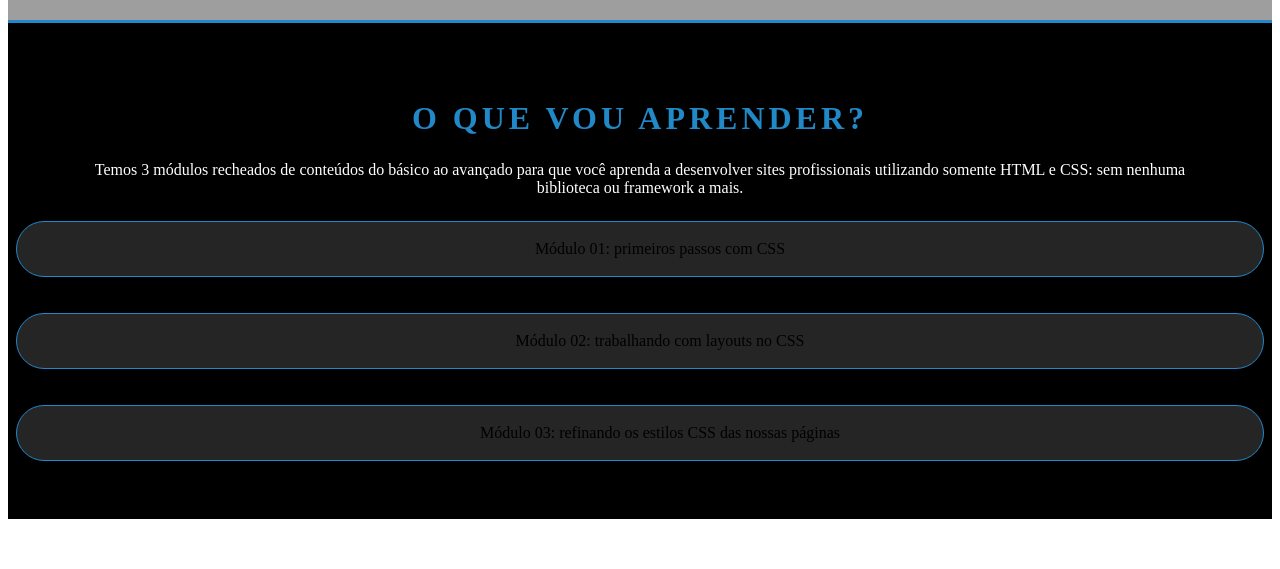
Repository: gustavotwist/trilha-css-desafio-01
Page: index.html
The author's editor kept a copy of each file at every save. The page is drawn from the files as they stood at one save, then again after the next save.
The browser window is 1280 px wide. The pictures show the part of the page from y = 569 to 1138 px (the page is 2958 px tall before and 2908 px after).
Pictures or frames that could not be fetched are drawn as grey boxes. A picture or video elsewhere on the page could not be fetched, so the positions and the page height are approximate.

Above is the page before, as saved 2024-07-16 18:58:38.

### index.html
<!DOCTYPE html>
<html lang="en">
<head>
  <meta charset="UTF-8">
  <meta http-equiv="X-UA-Compatible" content="IE=edge">
  <meta name="viewport" content="width=device-width, initial-scale=1.0">
  <title>Trilha de CSS - DIO</title>
  <link rel="stylesheet" href="global.css">
</head>
<body>
  <header class="banner">
    <div class="banner-content">
      <div class="logo">
        <img src="assets/images/logo.png" title="Logotipo Trilha de CSS DIO" alt="Logotipo Trilha de CSS DIO">
      </div>
      <h1>Trilha de CSS da DIO</h1>
      <p>A nova Trilha de CSS da DIO está disponível. Acesse já e aprenda do zero como desenvolver sites profissionais.</p>
      <button>Quero me inscrever</button>
    </div>
  </header>
  <main>
    <section id="course-content">
      <h2>O que vou aprender?</h2>
      <p>
        Temos 3 módulos recheados de conteúdos do básico ao avançado para que você aprenda a
        desenvolver sites profissionais utilizando somente HTML e CSS: sem nenhuma biblioteca ou framework a mais.
      </p>
      <div class="modules-list">
        <div class="module">
          <span>Módulo 01:</span> primeiros passos com CSS
        </div>
        <div class="module">
          <span>Módulo 02:</span> trabalhando com layouts no CSS
        </div>
        <div class="module">
          <span>Módulo 03:</span> refinando os estilos CSS das nossas páginas
        </div>
      </div>
    </section>
    <section id="transform-world">
      <p>TRANSFORME O MUNDO COM A GENTE</p>
    </section>
    <section id="professional-challenges">
      <h2>Evolua e encare novos desafios profissionais</h2>
      <img src="assets/images/professional-challenges.png" title="Homem lendo depoimentos em um tablet" alt="Homem lendo depoimentos em um tablet">
      <p>
        Junte-se ao nosso ecossistema e transforme o mundo com a gente! Todos os dias dezenas de empresas
        acessam a nossa plataforma em busca dos talentos mais criativos, dinâmicos e colaborativos,
        além do conhecimento técnico.
        A nossa missão é te preparar para que você conecte-se com as melhores oportunidades.
      </p>
    </section>
  </main>
  <footer>
    <img class="dio-logo" src="assets/images/dio-logo.png" title="Logotipo DIO com o texto make the change" alt="Logotipo DIO com o texto make the change">
    <p>Acesse <a href="https://dio.me">dio.me</a> e se cadastre agora</p>
  </footer>
</body>
</html>

### global.css
.banner {
    background:url('/assets/images/banner.png'), no-repeat, linear-gradient(to bottom, #030709, #030709 10%, #0a1b23 50%, #030709 95%);
    color:white;
    background-size: cover;
    height: 550px;
    padding-top: 60px;
    border-bottom: 1px solid #33A8DB80;
}

h1, h2 {
    color:#2189c7;
    text-transform:uppercase;
    font-size: 2rem;
    font-weight: bold;
    letter-spacing: 4px;
    margin-bottom: 24px;
}

.banner-content {
    text-align:center;
    padding:70px;
    margin-bottom:30px;
}

.logo img{
    width:180px;
    radial-gradient(#030709, #061216);
}

button {
   background-color:transparent;
   color:#2189c7;
   border:solid #2189c7;
   padding:1em;
   width:22em;
   text-transform:uppercase;
   word-spacing:2px;
}

#course-content{
    border-top: solid  #2189c7;
    margin-top: -30px;
    padding:50px 58px;
    text-align:center;
    background-color:#000000;
}

section{
    margin: 100px auto;
}

p {
    color: white;
}


.modules-list {
    white-space:pre-wrap;
    margin:-28px -50px;
    padding:-20px -20px;
}

.module {
    background-color:#252525;
    border: solid #2189c7 1px;
    border-radius:50px;
    padding:-500px;
}

#transform-world {
    margin-top:40px 20px;
    padding:250px 280px;
    background:url('/assets/images/woman-code.png'), no-repeat;
    object-fit:scale-down;
}

#professional-challenges {
    margin-top: -30px;
    padding:50px 58px;
    text-align:center;
    background-color:#000000;
}

footer {
    border-top: solid  #2189c7;
    margin-top: -10px;
    padding:50px 580px;
    text-align:center;
    background: linear-gradient(to bottom, #030709, #030709 10%, #0a1b23 50%, #030709 95%);
}

After the next save:
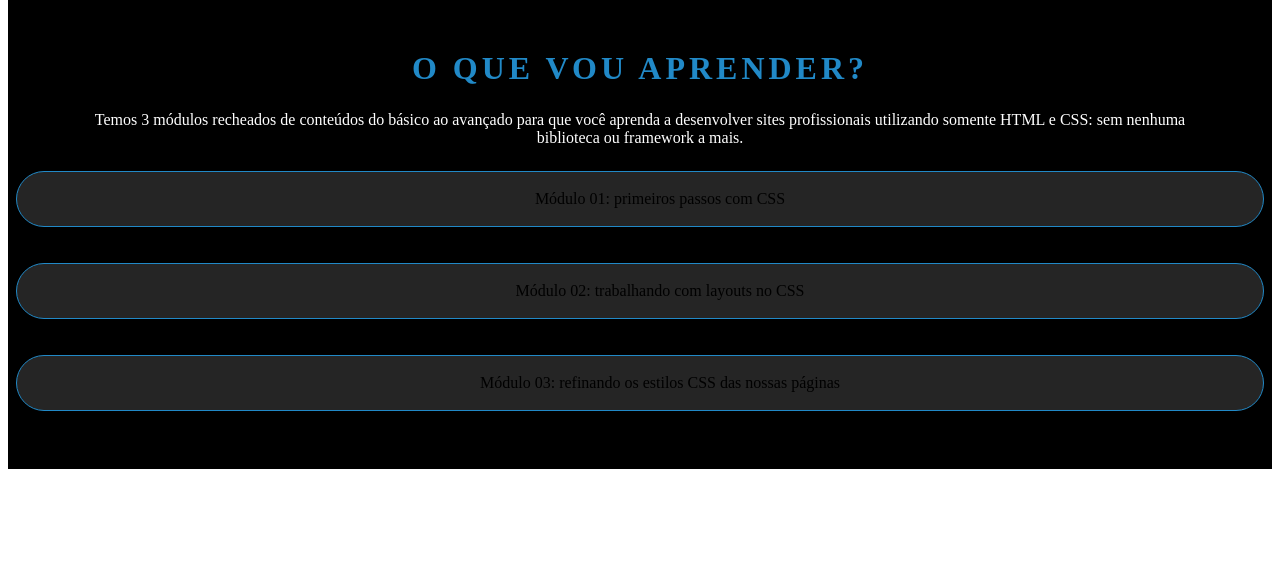
Saved 14 s later.
--- a/global.css
+++ b/global.css
@@ -2,7 +2,7 @@
     background:url('/assets/images/banner.png'), no-repeat, linear-gradient(to bottom, #030709, #030709 10%, #0a1b23 50%, #030709 95%);
     color:white;
     background-size: cover;
-    height: 550px;
+    height: 500px;
     padding-top: 60px;
     border-bottom: 1px solid #33A8DB80;
 }
